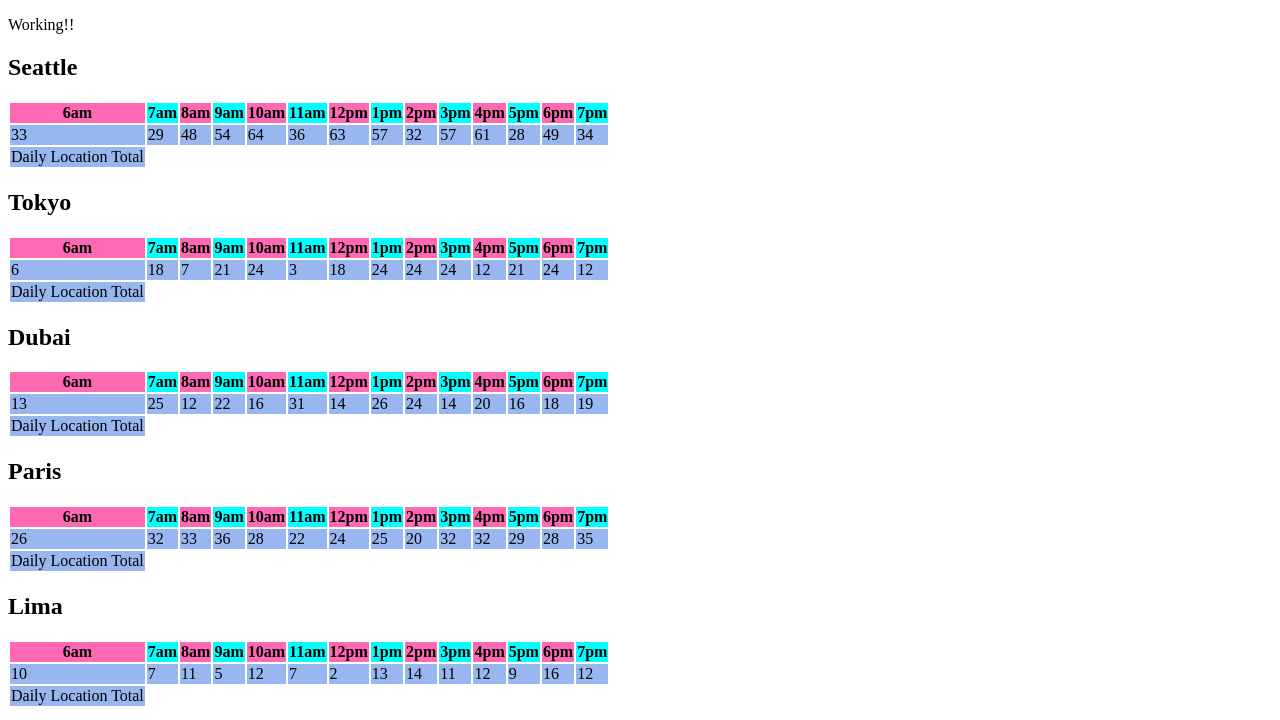
Repository: aaron1986/cookie_stand
Page: sales.html
The author's editor kept a copy of each file at every save. The page is drawn from the files as they stood at one save, then again after the next save.
The browser window is 1280 px wide. The pictures show the whole page.

Above is the page before, as saved 2023-09-26 14:13:26.

### sales.html
<!DOCTYPE html>
<html lang="en">
<head>
    <meta charset="UTF-8">
    <meta name="viewport" content="width=device-width, initial-scale=1.0">
    <link rel="stylesheet" href="style.css">
    <script src="./app.js" defer></script>
    <title>Document</title>
</head>
<body>

    <p>Working!!</p>

    <div id="shop-location">


    </div>


</body>
</html>

### style.css
th:nth-child(even) {
    background-color: aqua;
}

th:nth-child(odd) {
    background-color: hotpink;
}

td {
    background-color: rgb(152, 183, 240);
}

### app.js
const Hours = ['6am', '7am', '8am', '9am', '10am', '11am', '12pm', '1pm', '2pm', '3pm', '4pm', '5pm', '6pm', '7pm'];

function randonNumber(min, max) {
    return Math.floor(Math.random() * (max - min + 1)) + min;
}

function ShopLocation(location, min, max, avg) {
    this.location = location;
    this.min = min;
    this.max = max;
    this.avg = avg;
    this.customersPerHour = [];
    this.cookiesPerHour = [];
    this.totalSold = 0;


    this.calcTotal = function() {
        for(let i = 0; i < Hours.length; i++) {
            const randNum = randonNumber(this.min, this.max);
                this.customersPerHour.push(randNum);
                this.cookiesPerHour.push(randNum * this.avg);
        }
    };

}

const shopLocationSeattle = new ShopLocation ("Seattle", 23, 65, 6.3);

const shopLocationTokyo = new ShopLocation("Tokyo", 3, 24, 1.2);

const shopLocationDubai = new ShopLocation("Dubai",11,38,3.7);

const shopLocationParis = new ShopLocation("Paris",20,38,2.3);

const shopLocationLima = new ShopLocation("Lima",2,16,4,6);

shopLocationSeattle.calcTotal();
shopLocationTokyo.calcTotal();
shopLocationDubai.calcTotal();
shopLocationParis.calcTotal();
shopLocationLima.calcTotal();


const shopLocationHtml = document.getElementById("shop-location");

function createShopLocation(locationData) {
    const article = document.createElement("article");

    //Headers
    const h2 = document.createElement("h2");
    h2.textContent = locationData.location;
    article.appendChild(h2);


    //Table information
    const table = document.createElement("table");

    const thead = document.createElement("thead");
    const headerRow = document.createElement("tr");

    // Loop through the hours and create table headers
    for (let i = 0; i < locationData.customersPerHour.length; i++) {
        const th = document.createElement("th");
        th.textContent = `${Hours[i]}`;
        headerRow.appendChild(th);
    }

    thead.appendChild(headerRow);
    table.appendChild(thead);

    const tbody = document.createElement("tbody");
    const dataRow = document.createElement("tr");

    // Loop through the customersPerHour
    for (let i = 0; i < locationData.customersPerHour.length; i++) {
        const td = document.createElement("td");
        td.textContent = `${locationData.customersPerHour[i]}`;
        dataRow.appendChild(td);
    }

        // Calculate and add "Daily Location Total" row
        const totalRow = document.createElement("tr");
        const totalCell = document.createElement("td");
        totalCell.textContent = "Daily Location Total";
        totalRow.appendChild(totalCell);

        // Calculate the daily total for each hour
        for (let i = 0; i < locationData.customersPerHour[0].length; i++) {
            let dailyTotal = 0;
            for (let j = 0; j < locationData.customersPerHour.length; j++) {
                dailyTotal += locationData.customersPerHour[j][i];
            }
            const td = document.createElement("td");
            td.textContent = `${dailyTotal} cookies`;
            totalRow.appendChild(td);
        }





    tbody.appendChild(dataRow);
    table.appendChild(tbody);
         // Append the total row to the table body
         tbody.appendChild(totalRow);
    article.appendChild(table);

    shopLocationHtml.appendChild(article);
}

createShopLocation(shopLocationSeattle);
createShopLocation(shopLocationTokyo);
createShopLocation(shopLocationDubai);
createShopLocation(shopLocationParis);
createShopLocation(shopLocationLima);

After the next save:
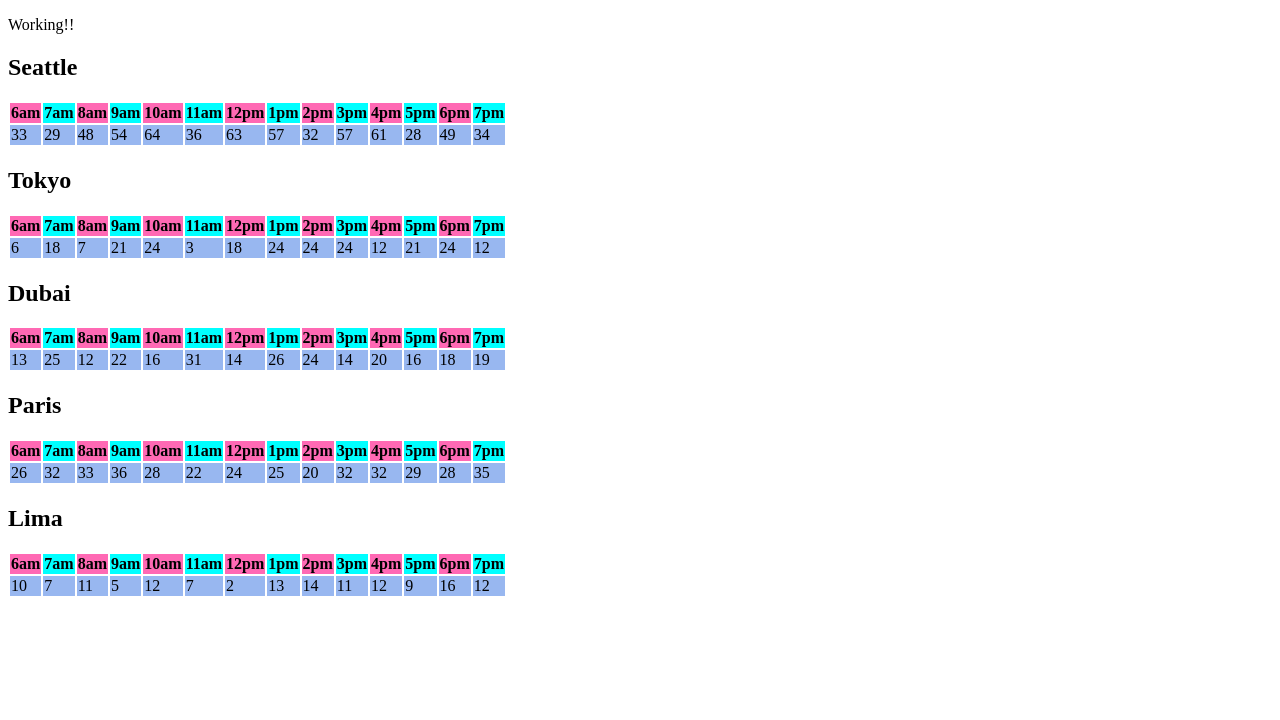
Saved 21 s later.
--- a/app.js
+++ b/app.js
@@ -101,10 +101,8 @@
 
     tbody.appendChild(dataRow);
     table.appendChild(tbody);
-         // Append the total row to the table body
-         tbody.appendChild(totalRow);
+
     article.appendChild(table);
-
     shopLocationHtml.appendChild(article);
 }
 

After the 2 saves that followed:
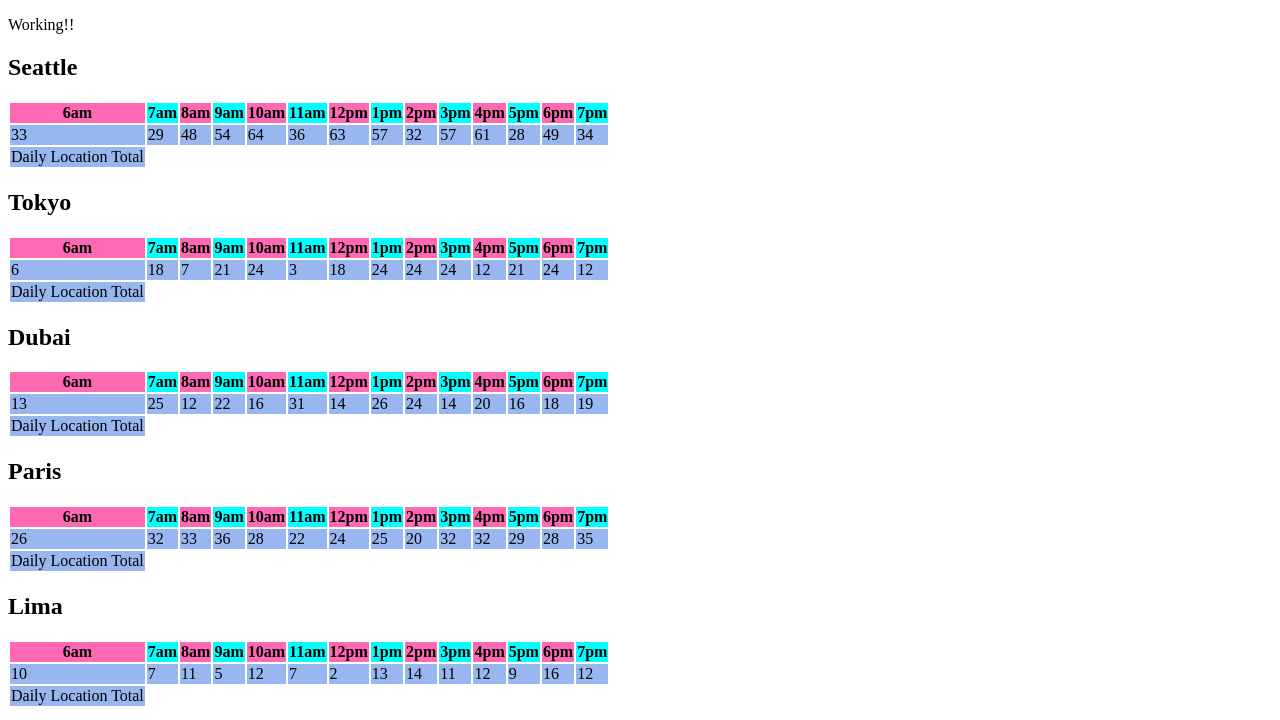
The 2 saves are shown as one change because 1 left the picture as it was.
The last was saved 110 s later.
--- a/app.js
+++ b/app.js
@@ -85,15 +85,6 @@
         totalRow.appendChild(totalCell);
 
         // Calculate the daily total for each hour
-        for (let i = 0; i < locationData.customersPerHour[0].length; i++) {
-            let dailyTotal = 0;
-            for (let j = 0; j < locationData.customersPerHour.length; j++) {
-                dailyTotal += locationData.customersPerHour[j][i];
-            }
-            const td = document.createElement("td");
-            td.textContent = `${dailyTotal} cookies`;
-            totalRow.appendChild(td);
-        }
 
 
 
@@ -101,7 +92,7 @@
 
     tbody.appendChild(dataRow);
     table.appendChild(tbody);
-
+tbody.appendChild(totalRow);
     article.appendChild(table);
     shopLocationHtml.appendChild(article);
 }
